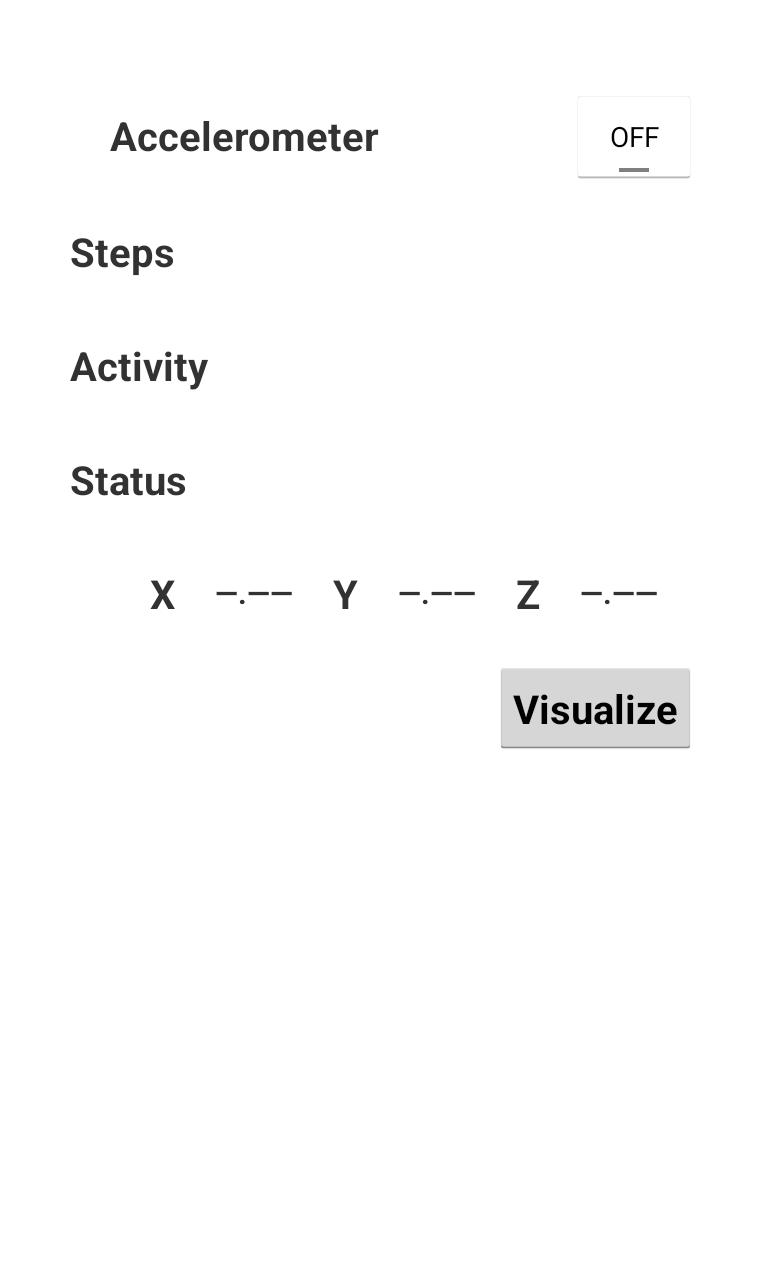
Repository: cs390mb/A1
Layout: MyActivities/res/layout/main.xml
The author's editor kept a copy of each file at every save. The layout is drawn from the files as they stood at one save, then again after the next save.
It is drawn on a 768 x 1280 px phone screen (xhdpi) without system bars, with theme android:Theme.Holo.Light; the app's code is not run.

Above is the layout before, as saved 2014-11-07 18:39:07.

After the next save:
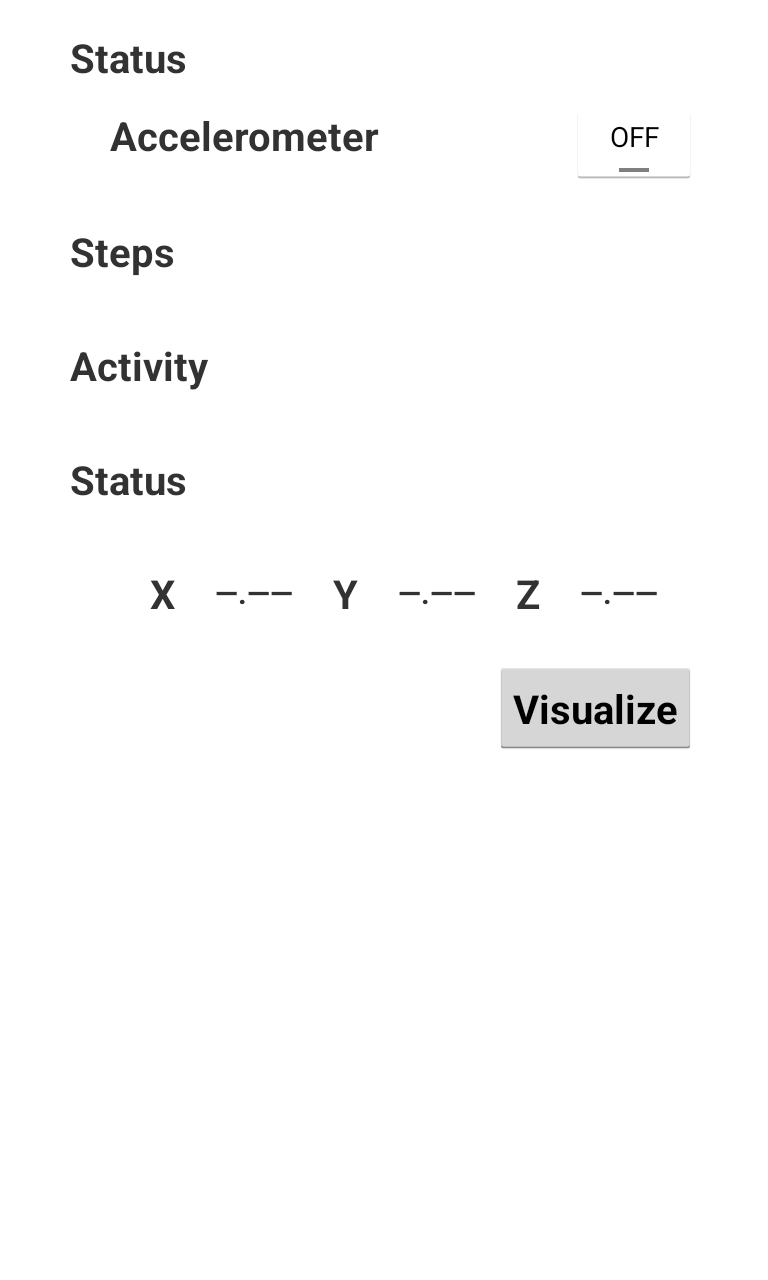
Saved 65 s later.
--- a/MyActivities/res/layout/main.xml
+++ b/MyActivities/res/layout/main.xml
@@ -245,4 +245,35 @@
         android:text="@string/visualize"
         android:textSize="20sp"
         android:textStyle="bold" />
+
+    <RelativeLayout
+        android:id="@+id/x1layout"
+        android:layout_width="fill_parent"
+        android:layout_height="wrap_content"
+        android:layout_centerHorizontal="true"
+        android:background="#ffffff"
+        android:orientation="horizontal"
+        android:padding="5dip" >
+
+        <TextView
+            android:layout_width="wrap_content"
+            android:layout_height="wrap_content"
+            android:layout_alignParentLeft="true"
+            android:layout_marginLeft="20dip"
+            android:padding="10dip"
+            android:text="@string/status"
+            android:textSize="20sp"
+            android:textStyle="bold" />
+
+        <TextView
+            android:id="@+id/x1View"
+            android:layout_width="wrap_content"
+            android:layout_height="wrap_content"
+            android:layout_alignParentRight="true"
+            android:layout_centerVertical="true"
+            android:padding="10dip"
+            android:text=""
+            android:textSize="15sp"
+            android:textStyle="bold" />
+    </RelativeLayout>
 </RelativeLayout>

After the save that followed:
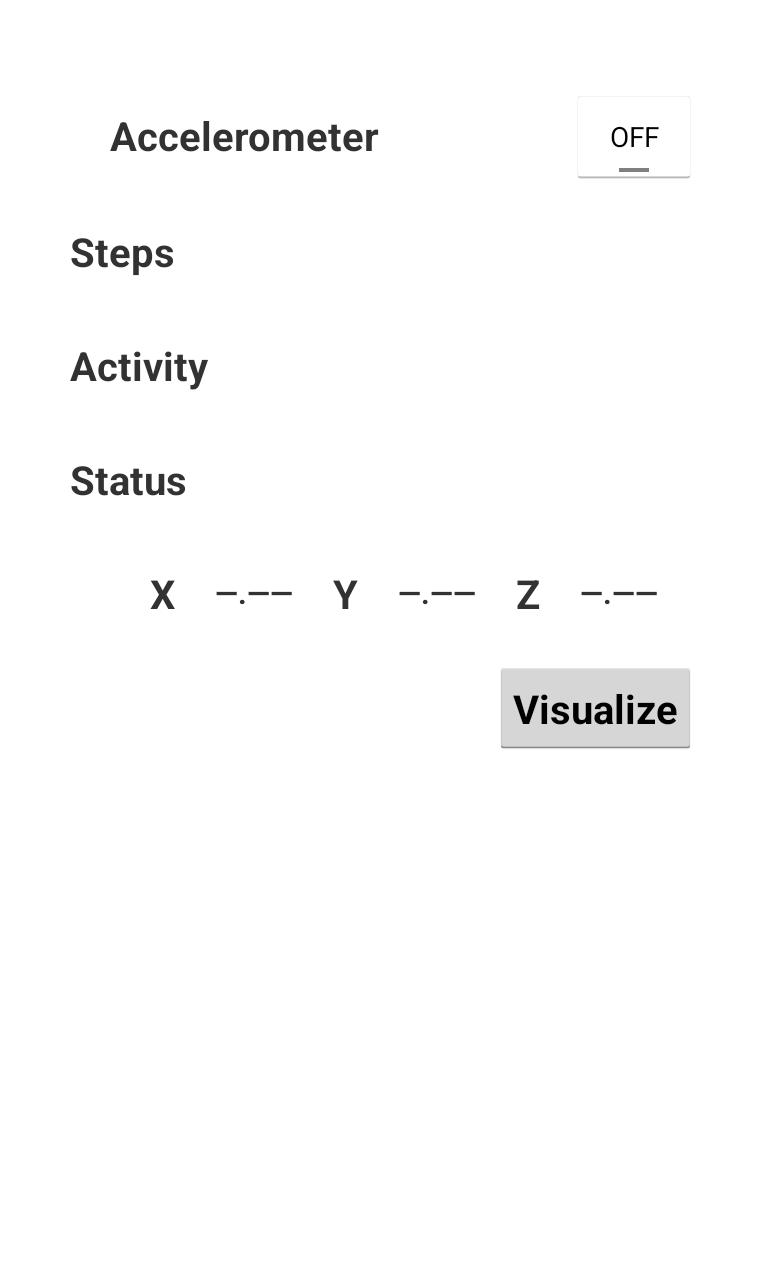
Saved 88 s later.
--- a/MyActivities/res/layout/main.xml
+++ b/MyActivities/res/layout/main.xml
@@ -245,35 +245,4 @@
         android:text="@string/visualize"
         android:textSize="20sp"
         android:textStyle="bold" />
-
-    <RelativeLayout
-        android:id="@+id/x1layout"
-        android:layout_width="fill_parent"
-        android:layout_height="wrap_content"
-        android:layout_centerHorizontal="true"
-        android:background="#ffffff"
-        android:orientation="horizontal"
-        android:padding="5dip" >
-
-        <TextView
-            android:layout_width="wrap_content"
-            android:layout_height="wrap_content"
-            android:layout_alignParentLeft="true"
-            android:layout_marginLeft="20dip"
-            android:padding="10dip"
-            android:text="@string/status"
-            android:textSize="20sp"
-            android:textStyle="bold" />
-
-        <TextView
-            android:id="@+id/x1View"
-            android:layout_width="wrap_content"
-            android:layout_height="wrap_content"
-            android:layout_alignParentRight="true"
-            android:layout_centerVertical="true"
-            android:padding="10dip"
-            android:text=""
-            android:textSize="15sp"
-            android:textStyle="bold" />
-    </RelativeLayout>
 </RelativeLayout>
